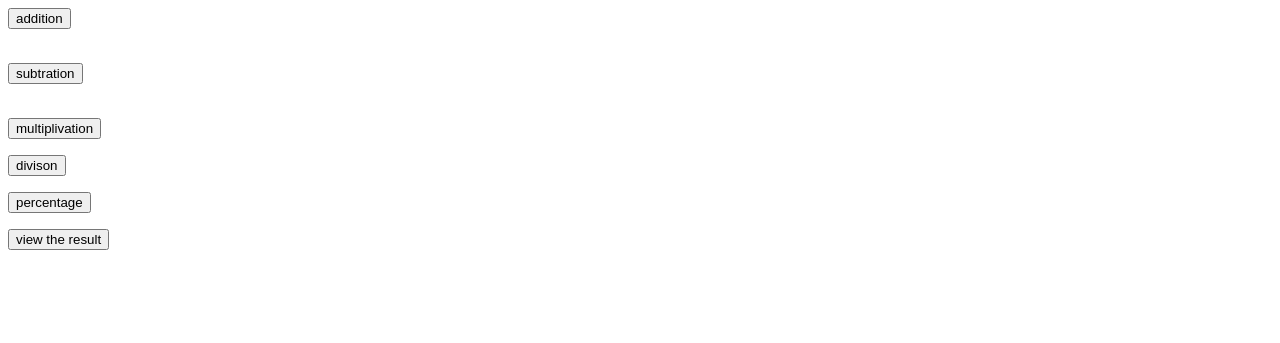
Repository: dhanasekar13/servlet
Page: mystore/war/details.html
An editor plug-in stored every save of this project. The page is shown before and after the next save, followed by the edit.
The browser window is 1280 px wide. The pictures show the whole page.

Above is the page before, as saved 2017-05-08 18:02:45.

### mystore/war/details.html
<html>
<body>
<form method="get" action="mystor">
<input type="hidden" value=1>
<input type="submit" value="addition">
</form><br>
<form method="get" action="mystor">
<input type="hidden" value=2>
<input type="submit" value="subtration">
</form><br>
<form method="get" action="mystor">
<input type="hidden" value=3>
<input type="submit" value="multiplivation">
</form>
<form method="get" action="mystor">
<input type="hidden" value=4>
<input type="submit" value="divison">
</form>
<form method="get" action="mystor">
<input type="hidden" value=5>
<input type="submit" value="percentage">
</form>
<form method="get" action="mystor">
<input type="hidden" value=1>
<input type="submit" value="view the result">
</form>
</body>

</html>

After the next save:
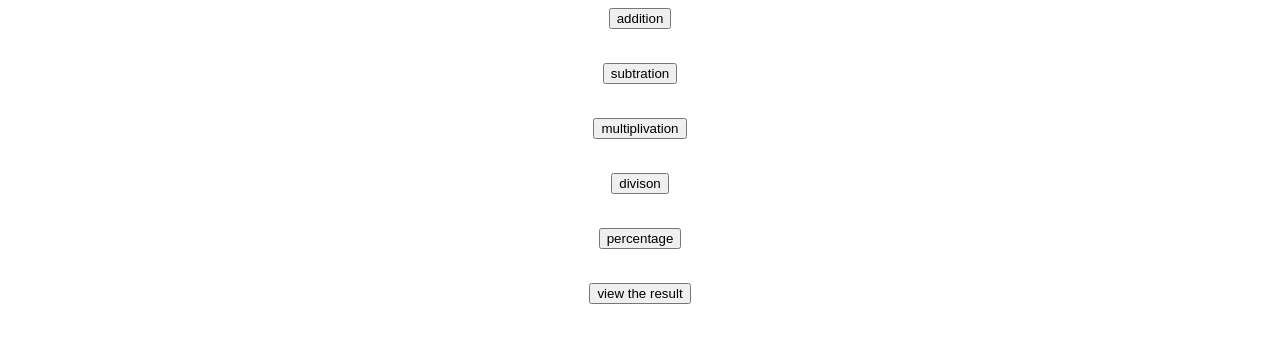
Saved 59 s later.
--- a/mystore/war/details.html
+++ b/mystore/war/details.html
@@ -1,5 +1,6 @@
 <html>
 <body>
+<center>
 <form method="get" action="mystor">
 <input type="hidden" value=1>
 <input type="submit" value="addition">
@@ -11,19 +12,19 @@
 <form method="get" action="mystor">
 <input type="hidden" value=3>
 <input type="submit" value="multiplivation">
-</form>
+</form><br>
 <form method="get" action="mystor">
 <input type="hidden" value=4>
 <input type="submit" value="divison">
-</form>
+</form><br>
 <form method="get" action="mystor">
 <input type="hidden" value=5>
 <input type="submit" value="percentage">
-</form>
+</form><br>
 <form method="get" action="mystor">
 <input type="hidden" value=1>
 <input type="submit" value="view the result">
-</form>
+</form></center>
 </body>
 
 </html>
